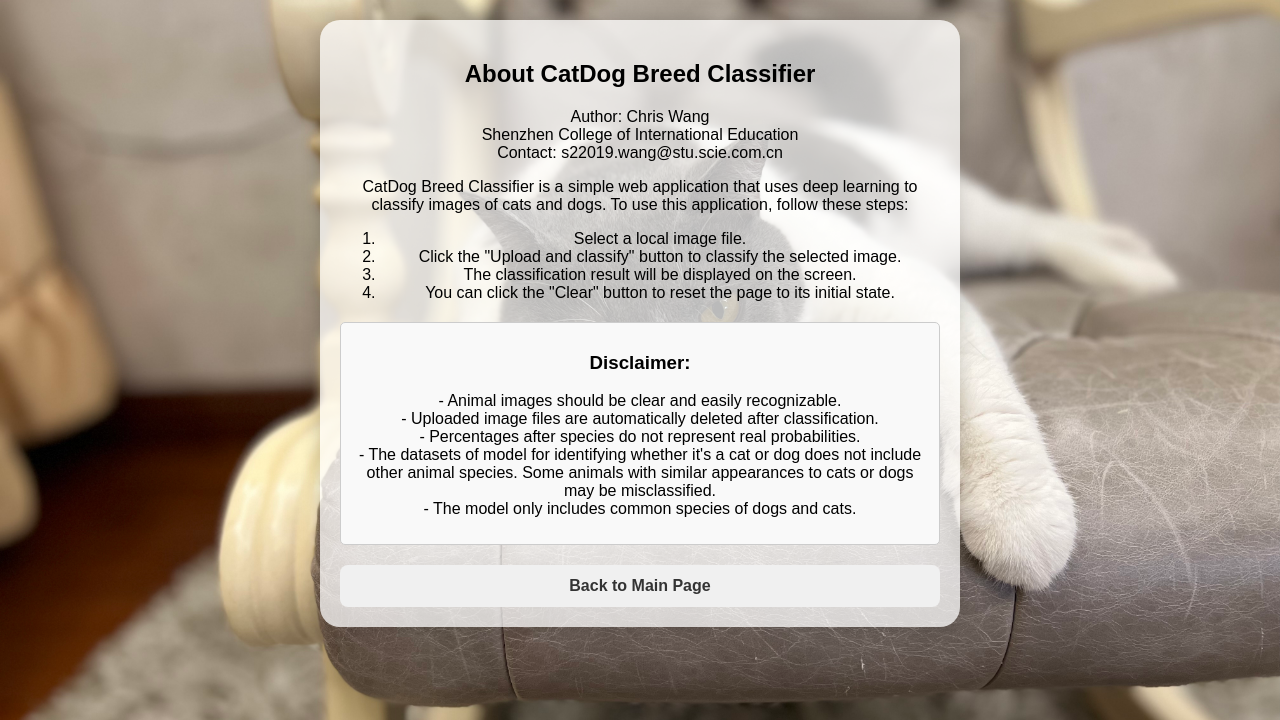
Repository: EveningStudy/CatDog_Breed_Classifier
Page: http://localhost/about
These files come from the project's save history. The page is drawn as it stood at one moment and after the next save; the edit follows.
The browser window is 1280 px wide. The pictures show the whole page.
Backgrounds fixed to the window are drawn as part of the page. The page is served by the project's application, run on Flask 3 (app.py). Other server files are loaded and not shown.

Above is the page before, as saved 2023-09-29 11:07:36.

### templates/about.html
<!DOCTYPE html>
<html lang="en">

<head>
    <meta charset="UTF-8">
    <meta name="viewport" content="width=device-width, initial-scale=1.0">
    <title>About CatDog Breed Classifier</title>
    <link rel="icon" href="static/logo.ico" type="image/x-icon">
    <link rel="stylesheet" href="static/style.css">
    <style>
        .disclaimer {
            margin-top: 20px;
            background-color: #f9f9f9;
            padding: 10px;
            border: 1px solid #ccc;
            border-radius: 5px;
        }
    </style>
</head>

<body>
    <div class="container">
        <h2>About CatDog Breed Classifier</h2>
        <p>
            Author: Chris Wang<br>
            Shenzhen College of International Education<br>
            Contact: s22019.wang@stu.scie.com.cn
        </p>
        <p>
            CatDog Breed Classifier is a simple web application that uses deep learning
            to classify images of cats and dogs. To use this application, follow these steps:
        </p>
        <ol>
            <li>Select a local image file.</li>
            <li>Click the "Upload and classify" button to classify the selected image.</li>
            <li>The classification result will be displayed on the screen.</li>
            <li>You can click the "Clear" button to reset the page to its initial state.</li>
        </ol>
        <p></p>

        <div class="disclaimer">
            <h3>Disclaimer:</h3>
            <p>
                - Animal images should be clear and easily recognizable.<br>
                - Uploaded image files are automatically deleted after classification.<br>
                - Percentages after species do not represent real probabilities.<br>
                - The datasets of model for identifying whether it's a cat or dog does not include other animal species.
                Some animals with similar appearances to cats or dogs may be misclassified.<br>
                - The model only includes common species of dogs and cats.
            </p>
        </div>
        <a href="/" class="button">Back to Main Page</a>
    </div>
</body>

</html>

### app.py
from flask import Flask, render_template, request, redirect, url_for, flash, session
from werkzeug.utils import secure_filename
from utils import classification_main_onnxruntime
import uuid
import os

def delete_old_images(upload_folder, num_to_delete):
    images = os.listdir(upload_folder)
    images.sort(key=lambda x: os.path.getmtime(os.path.join(upload_folder, x)))
    for i in range(num_to_delete):
        file_to_delete = os.path.join(upload_folder, images[i])
        try:
            os.remove(file_to_delete)
        except Exception as e:
            print(f'Error deleting file: {str(e)}')

def generate_secret_key():
    return os.urandom(24)

current_directory = os.path.dirname(os.path.abspath(__file__))
static_folder = os.path.join(current_directory, "static")

app = Flask(__name__,static_folder="static",template_folder="templates")
app.secret_key = generate_secret_key()
app.config['UPLOAD_FOLDER'] = os.path.join(current_directory, "static/uploads")

ALLOWED_EXTENSIONS = {'png', 'jpg', 'jpeg', 'bmp'}

# if not os.path.exists(os.path.join(current_directory, "uploads")):
    # os.makedirs(os.path.join(current_directory, "uploads"))
if not os.path.exists(os.path.join(current_directory, "static", "uploads")):
    os.makedirs(os.path.join(current_directory, "static", "uploads"))


uploaded_images = os.listdir(app.config['UPLOAD_FOLDER'])
if len(uploaded_images) > 2:

    delete_old_images(app.config['UPLOAD_FOLDER'], len(uploaded_images) - 5)

def allowed_file(filename):
    return '.' in filename and filename.rsplit('.', 1)[1].lower() in ALLOWED_EXTENSIONS

@app.route('/', methods=['GET', 'POST'])
def index():
    if 'user_id' not in session:
        session['user_id'] = str(uuid.uuid4())

    if request.method == 'POST':
        if 'file' not in request.files:
            flash('No file part', 'error')
            return redirect(request.url)
        file = request.files['file']
        if file.filename == '':
            flash('No selected file', 'error')
            return redirect(request.url)
        if file and allowed_file(file.filename):
            filename = secure_filename(file.filename)
            # file_path = os.path.join(current_directory, "uploads", filename)
            image_path = os.path.join(current_directory, "static", "uploads", filename)
            file.save(image_path)
            # file.save(image_path)
            preds, output = classification_main_onnxruntime.cat_and_dog_classification(image_path)
            if preds[0] < 0.985:
                result = "The image is neither a dog nor a cat."
            elif output:
                preds_dog = classification_main_onnxruntime.dog_classification(image_path)
                result = format_results(preds_dog, "Dog")
            elif output == 0:
                preds_cat = classification_main_onnxruntime.cat_classification(image_path)
                result = format_results(preds_cat, "Cat")
            image_path = os.path.join("uploads", filename)
            image_path = image_path.replace("\\", "/")
            session['result'] = result
            session['image_path'] = image_path
            return redirect(url_for('results'))
        else:
            flash('Invalid file type', 'error')
            return redirect(request.url)
    return render_template('index.html')

@app.route('/results')
def results():
    return render_template('results.html', result=session.get('result', None), image_path=session.get('image_path', None))

@app.route('/about')
def about():
    return render_template('about.html')

@app.route('/clear', methods=['GET', 'POST'])
def clear():
    if request.method == 'POST':
        session.pop('result', None)
        session.pop('image_path', None)
        return redirect('/')

    return "Page cleared successfully"

def format_results(predictions, category):
    result_text = f"{category} (Top 5 Results):<br>"
    for i, (class_name, prob) in enumerate(predictions[:5], start=1):
        result_text += f"{i}. {class_name}: {prob * 100:.2f}%<br>"
    return result_text

if __name__ == '__main__':
    app.run(debug=True)

### static/style.css
body {
    background-image: url('111.jpg');
    background-size: cover;
    background-position: center;
    background-attachment: fixed;
    margin: 0;
    padding: 0;
    font-family: Arial, sans-serif;
    display: flex;
    flex-direction: column;
    min-height: 100vh;

}

.container {
    text-align: center;
    padding: 20px;
    background-color: rgba(255, 255, 255, 0.73);
    border-radius: 20px;
    margin: 20px auto;
    max-width: 600px;
    box-shadow: 0px 0px 20px rgba(0, 0, 0, 0.2);
}

h1 {
    margin-top: 20px;
    color: #333;
    font-size: 28px;
}

form {
    margin-top: 20px;
}

input[type="file"] {
    margin-right: 10px;
}

.upload-button {
    margin-top: 20px;
    background-color: #4CAF50;
    color: white;
    border: none;
    padding: 16px 32px;
    border-radius: 8px;
    font-size: 18px;
    cursor: pointer;
}

.upload-button:hover {
    background-color: #45a049;
}

.button {
    display: block;
    margin-top: 20px;
    text-decoration: none;
    color: #333;
    background-color: #f0f0f0;
    padding: 12px 24px;
    border-radius: 8px;
    font-weight: bold;
    font-size: 16px;
    transition: background-color 0.3s;
}

.button:hover {
    background-color: #ddd;
}

.clear-button {
    background-color: #FF5733;
    color: white;
    border: none;
    padding: 16px 32px;
    border-radius: 8px;
    font-size: 18px;
    cursor: pointer;
}

.clear-button:hover {
    background-color: #ff4833;
}

.footer {
    background-color: rgba(255, 255, 255, 0.73);
    text-align: center;
    font-size: 14px;
    position: fixed;
    bottom: 0;
    left: 0;
    width: 100%;
    text-align: center;
    padding: 10px 0;
}

.button.about-button {
    position: fixed;
    margin-top: 0;
    bottom: 0;
    left: 0;
    width: 100%;
    background-color: #222;
    color: white;
    padding: 16px 32px;
    border-radius: 8px;
    font-size: 16px;
    text-align: center;
    z-index: 999;
}

.button.about-button:hover {
    background-color: #111;
}

img {
    max-width: 100%;
    height: auto;
}

After the next save:
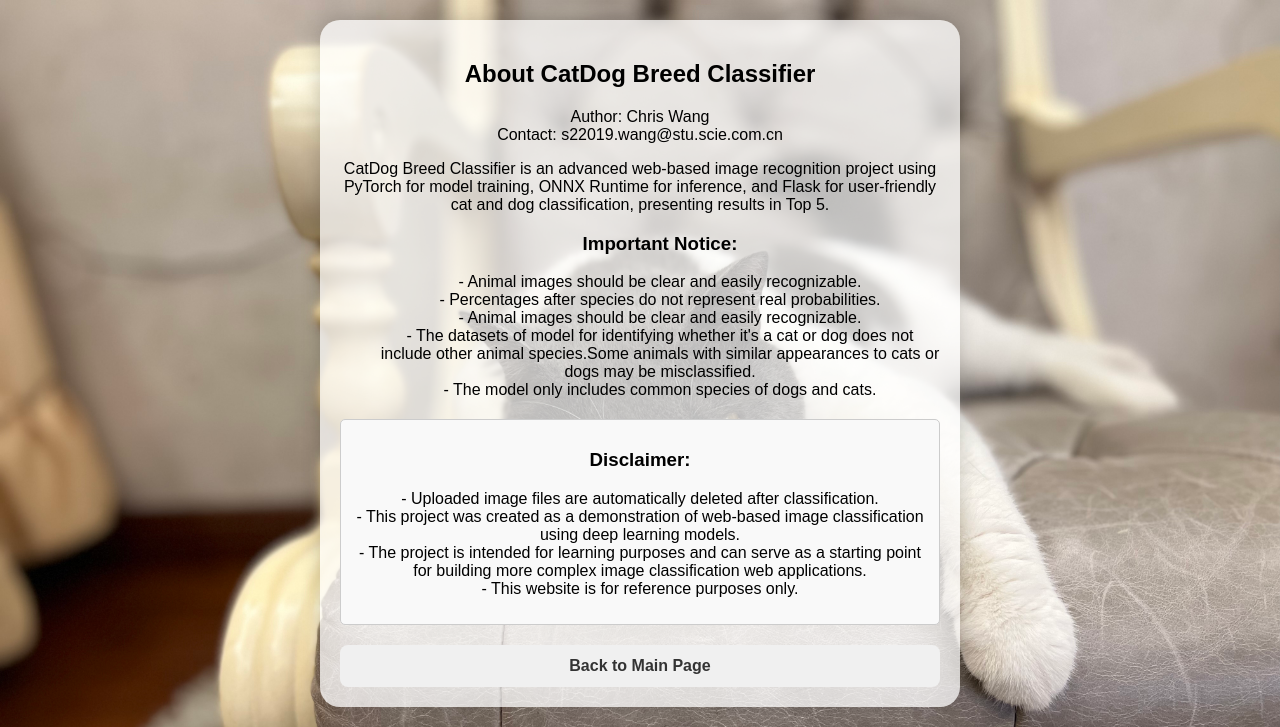
Saved 45 min 51 s later.
--- a/templates/about.html
+++ b/templates/about.html
@@ -23,30 +23,35 @@
         <h2>About CatDog Breed Classifier</h2>
         <p>
             Author: Chris Wang<br>
-            Shenzhen College of International Education<br>
             Contact: s22019.wang@stu.scie.com.cn
         </p>
         <p>
-            CatDog Breed Classifier is a simple web application that uses deep learning
-            to classify images of cats and dogs. To use this application, follow these steps:
+            CatDog Breed Classifier is an advanced web-based image recognition project using PyTorch for model training,
+            ONNX Runtime for inference, and Flask
+            for user-friendly cat and dog classification, presenting results in Top 5.
         </p>
-        <ol>
-            <li>Select a local image file.</li>
-            <li>Click the "Upload and classify" button to classify the selected image.</li>
-            <li>The classification result will be displayed on the screen.</li>
-            <li>You can click the "Clear" button to reset the page to its initial state.</li>
+        <ol class="important-notice">
+            <h3>Important Notice: </h3>
+            <p>
+                - Animal images should be clear and easily recognizable.<br>
+                - Percentages after species do not represent real probabilities.<br>
+                - Animal images should be clear and easily recognizable.<br>
+                - The datasets of model for identifying whether it's a cat or dog does not include other animal
+                species.Some animals with similar appearances to cats or dogs may be misclassified.<br>
+                - The model only includes common species of dogs and cats.<br>
+            </p>
         </ol>
         <p></p>
 
         <div class="disclaimer">
             <h3>Disclaimer:</h3>
             <p>
-                - Animal images should be clear and easily recognizable.<br>
                 - Uploaded image files are automatically deleted after classification.<br>
-                - Percentages after species do not represent real probabilities.<br>
-                - The datasets of model for identifying whether it's a cat or dog does not include other animal species.
-                Some animals with similar appearances to cats or dogs may be misclassified.<br>
-                - The model only includes common species of dogs and cats.
+                - This project was created as a demonstration of web-based image classification using deep learning
+                models. <br>
+                - The project is intended for learning purposes and can serve as a starting point for building more
+                complex image classification web applications. <br>
+                - This website is for reference purposes only. <br>
             </p>
         </div>
         <a href="/" class="button">Back to Main Page</a>
